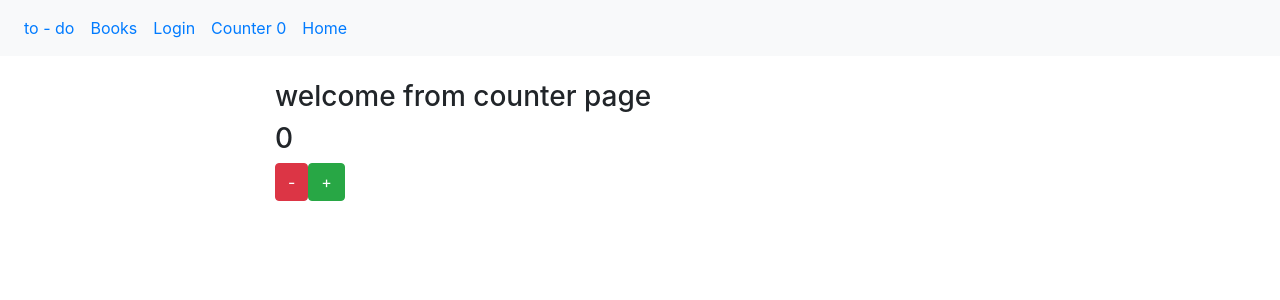
Repository: omniabadry/react-test
Page: /Counter
These files come from the project's save history. The page is drawn as it stood at one moment and after a run of saves; the edit follows.
The browser window is 1280 px wide. The pictures show the whole page.
The project was rebuilt for these pictures with package versions that can differ from the ones it lists, and the page was loaded fresh each time.

Above is the page before, as saved 2021-02-10 16:02:29.

After the next 2 saves:
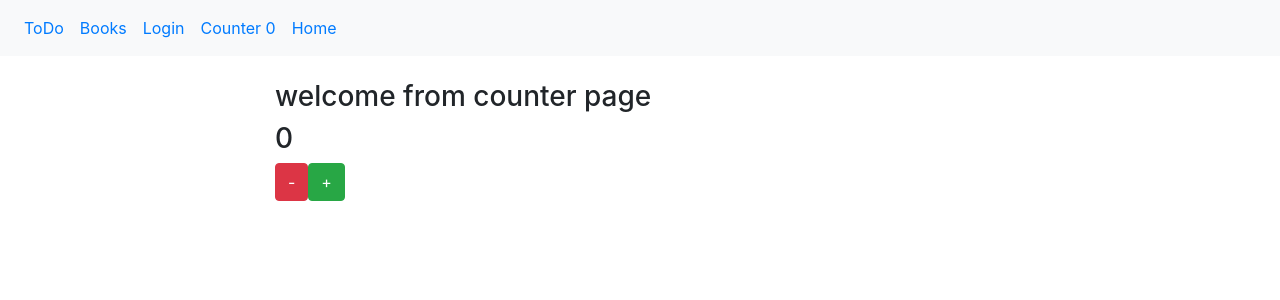
The 2 saves are shown as one change because 1 did not build or start.
The last was saved 4 min 19 s later.
--- a/src/App.js
+++ b/src/App.js
@@ -7,50 +7,29 @@ import { useSelector } from "react-redux";
 function App() {
     let c = useSelector((state) => state.counterReducer.counter)
 
-    return ( <
-        Router >
-        <
-        Navbar color = "light"
-        light expand = "md" >
-        <
-        NavbarToggler / >
-        <
-        Collapse navbar >
-        <
-        Nav className = "mr-auto"
-        navbar >
-        <
-        NavItem >
-        <
-        NavLink > <Link Link to = "/ToDo" > to - do </Link></NavLink >
-            <
-            /NavItem> <
-            NavItem >
-            <
-            NavLink > < Link to = "/Books" > Books < /Link></NavLink >
-            <
-            /NavItem> <
-            NavItem >
-            <
-            NavLink > < Link to = "/login" > Login < /Link></NavLink >
-            <
-            /NavItem> <
-            NavItem >
-            <
-            NavLink > < Link to = "/counter" > Counter { c } < /Link></NavLink >
-            <
-            /NavItem> <
-            NavItem >
-            <
-            NavLink > < Link to = "/home" > Home < /Link></NavLink >
-            <
-            /NavItem> <
-            /Nav> <
-            /Collapse> <
-            /Navbar> <
-            Routes / >
-            <
-            /Router>
+    return (
+        <Router>
+        <Navbar color = "light" light expand = "md" >
+        <NavbarToggler / >
+        <Collapse navbar >
+        <Nav className = "mr-auto" navbar>
+        <NavItem >
+        <NavLink > <Link Link to="/ToDo" >ToDo </Link></NavLink >
+            </NavItem> <NavItem >
+            <NavLink > < Link to = "/Books" > Books </Link></NavLink >
+            </NavItem> <NavItem >
+            <NavLink > < Link to = "/login"> Login </Link></NavLink>
+            </NavItem> <NavItem>
+            <NavLink> <Link to = "/counter" > Counter { c } </Link></NavLink >
+            </NavItem> <NavItem>
+            <NavLink>
+            <Link to ="/home"> Home </Link></NavLink>
+            </NavItem>
+            </Nav>
+             </Collapse>
+            </Navbar>
+            <Routes/>
+            </Router>
     );
 }
 
